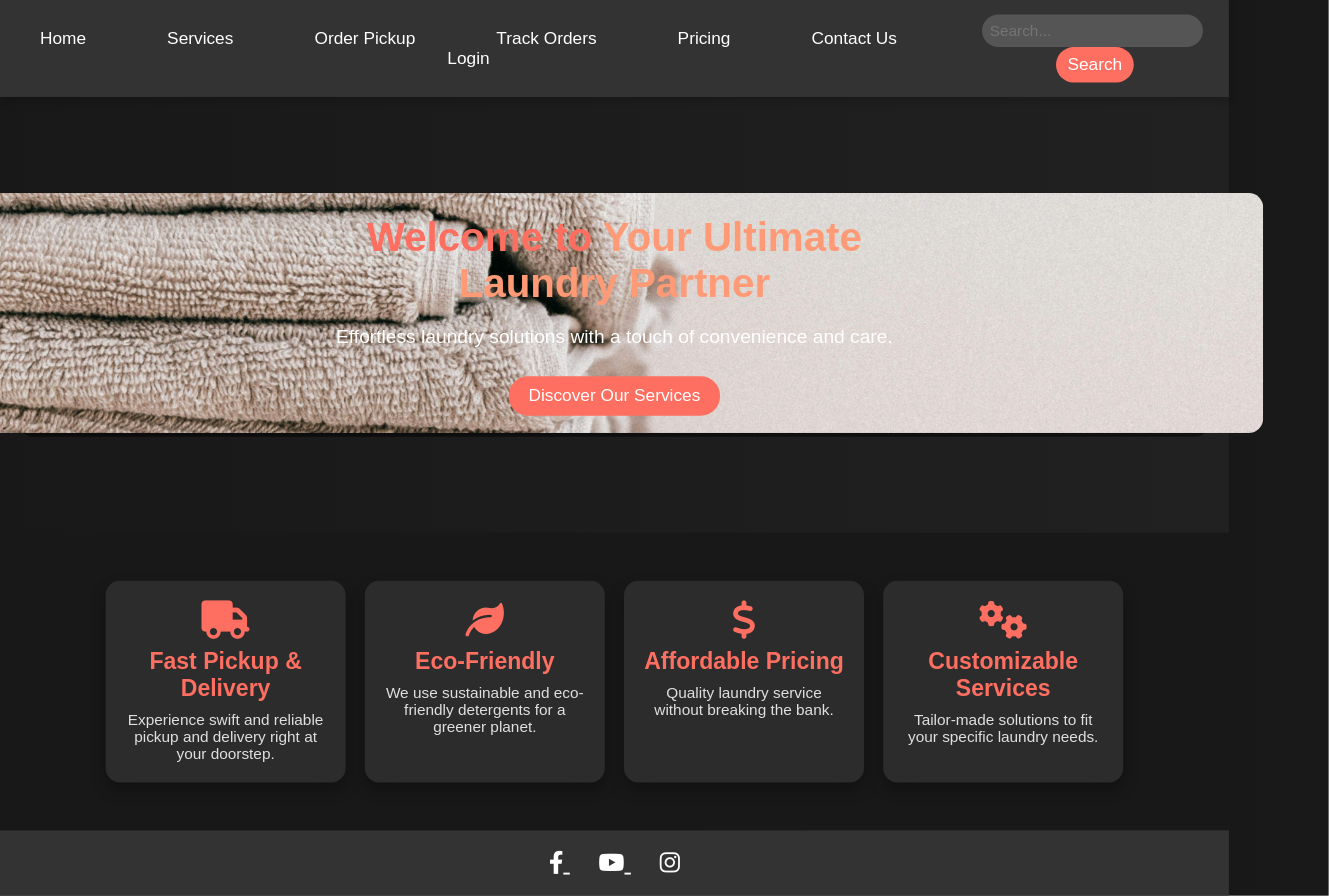
Repository: wmrmweerakoon/Online-Laundry-Management-System
Page: http://localhost/LaundryManagementSystem/home.jsp
The author's editor kept a copy of each file at every save. The page is drawn from the files as they stood at one save, then again after the next save.
The browser window is 1280 px wide. The page is 1384 px wide, so the pictures cover 1384 px, including what lies to the right of the window. The pictures show the whole page, at 96% of full size.
The page is served by Tomcat 9.

Above is the page before, as saved 2024-10-08 04:03:41.

After the next save:
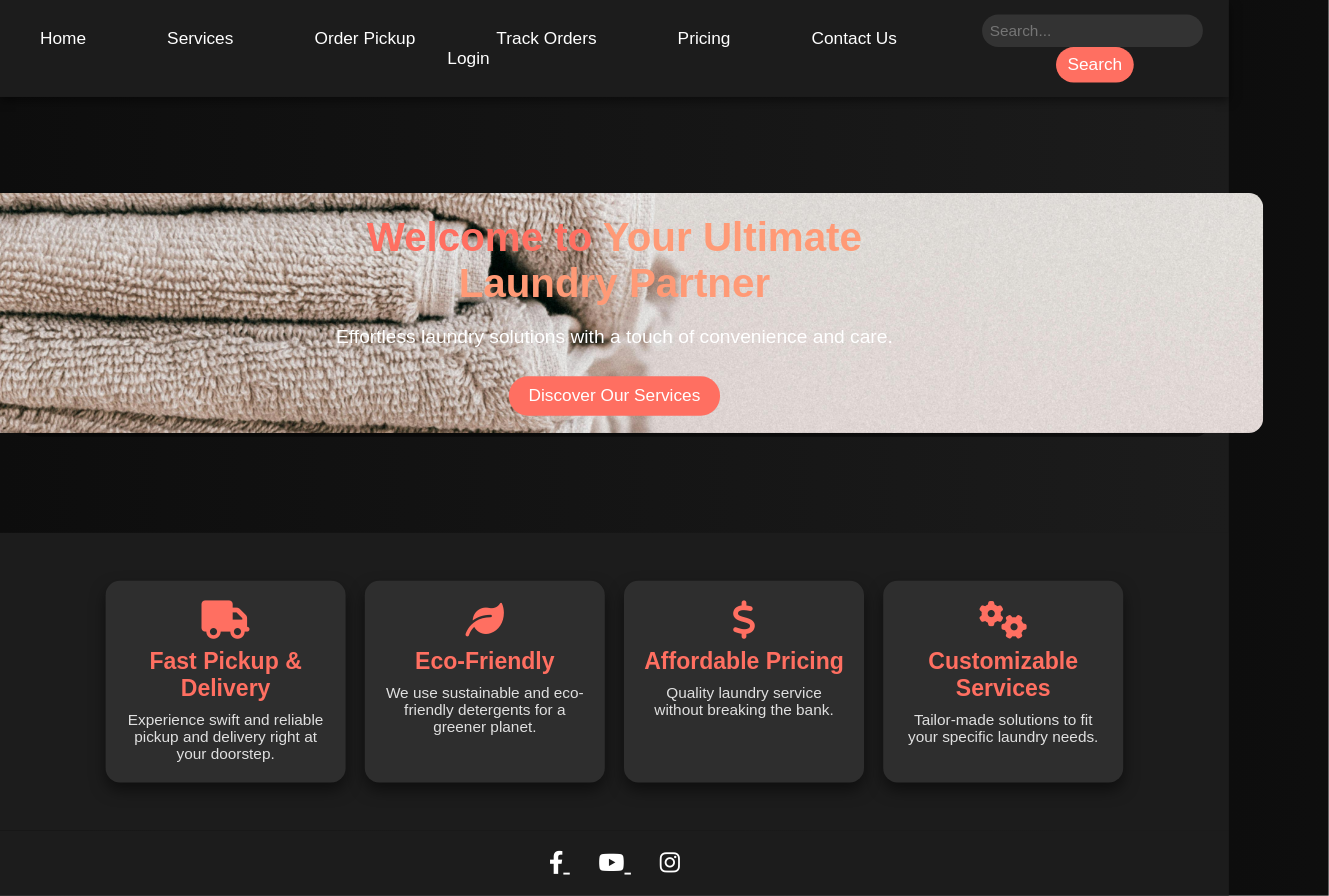
Saved 2 min 45 s later.
--- a/Projects/LaundryManagementSystem/src/main/webapp/CSS/home.css
+++ b/Projects/LaundryManagementSystem/src/main/webapp/CSS/home.css
@@ -5,15 +5,16 @@
     --secondary-color: #ff9a76; /* Light Coral */
     --accent-color: #ffffff; /* White */
     --hover-color: #ff4824; /* Darker Coral */
-    --menu-bg-color: #333; /* Darker gray for menu bar */
-    --menu-hover-bg-color: #444; /* Slightly lighter gray for hover */
+    --menu-bg-color: #1c1c1c; /* Darker gray for menu bar */
+    --menu-hover-bg-color: #2c2c2c; /* Slightly lighter gray for hover */
     --menu-text-color: #ffffff; /* White text for contrast */
-    --search-bar-bg: #555; /* Medium dark background for search bar */
-    --bg-color: #181818; /* Dark background for the homepage */
-    --bg-gradient-start: #181818; /* Dark Gradient Start */
-    --bg-gradient-end: #212121;  /* Darker Gradient End */
-    --text-primary: #e0e0e0; /* Light gray text color for contrast */
+    --search-bar-bg: #333; /* Darker background for search bar */
+    --bg-gradient-start: #0d0d0d; /* Darker Start */
+    --bg-gradient-end: #1c1c1c; /* Darker End */
+    --text-primary: #e0e0e0; /* Light gray for text */
     --button-hover-color: #ff4824; /* Deep Coral */
+    --info-card-bg: #2e2e2e; /* Darker gray for info cards */
+    --info-card-border: #444; /* Light border for info cards */
 }
 
 * {
@@ -32,7 +33,7 @@ body {
 header {
     background-color: var(--menu-bg-color);
     padding: 15px 0;
-    box-shadow: 0 4px 10px rgba(0, 0, 0, 0.2);
+    box-shadow: 0 4px 10px rgba(0, 0, 0, 0.5);
 }
 
 nav {
@@ -54,7 +55,7 @@ nav ul li {
 }
 
 nav ul li a {
-    color: var(--menu-text-color); /* White text on darker background */
+    color: var(--menu-text-color);
     text-decoration: none;
     font-size: 18px;
     padding: 12px 20px;
@@ -64,9 +65,9 @@ nav ul li a {
 }
 
 nav ul li a:hover {
-    background-color: var(--menu-hover-bg-color); /* Slightly lighter gray */
+    background-color: var(--menu-hover-bg-color);
     transform: scale(1.05);
-    box-shadow: 0 4px 10px rgba(0, 0, 0, 0.2);
+    box-shadow: 0 4px 10px rgba(0, 0, 0, 0.5);
 }
 
 nav ul li a::after {
@@ -74,7 +75,7 @@ nav ul li a::after {
     position: absolute;
     width: 0;
     height: 3px;
-    background-color: var(--primary-color); /* Coral underline on hover */
+    background-color: var(--primary-color);
     left: 0;
     bottom: 0;
     transition: width 0.3s ease;
@@ -97,15 +98,15 @@ nav ul li a:hover::after {
     border: none;
     border-radius: 20px;
     width: 230px;
-    background-color: var(--search-bar-bg); /* Medium dark background for search */
-    color: var(--accent-color); /* White text in search bar */
+    background-color: var(--search-bar-bg);
+    color: var(--accent-color);
     outline: none;
     transition: all 0.3s ease;
 }
 
 .search-container input:focus {
     width: 270px;
-    background-color: #666;
+    background-color: #444; /* Darker focus color */
 }
 
 .search-container button {
@@ -120,14 +121,14 @@ nav ul li a:hover::after {
 
 .search-container button:hover {
     background-color: var(--hover-color);
-    box-shadow: 0 4px 6px rgba(0, 0, 0, 0.2);
+    box-shadow: 0 4px 6px rgba(0, 0, 0, 0.3);
 }
 
 /* Home Section */
 .home-section {
     text-align: center;
     padding: 100px 20px;
-    background-color: transparent; /* Let the gradient background show */
+    background-color: transparent;
     position: relative;
 }
 
@@ -198,7 +199,7 @@ button:hover {
 .info-section {
     text-align: center;
     padding: 50px 20px;
-    background-color: var(--bg-color); /* Dark background to complement the page */
+    background-color: #1c1c1c; /* Dark background for info section */
     color: var(--text-primary);
 }
 
@@ -210,12 +211,12 @@ button:hover {
 }
 
 .info-card {
-    background-color: #2c2c2c; /* Dark gray for info cards */
+    background-color: var(--info-card-bg); /* Darker gray for info cards */
     border-radius: 15px;
     padding: 20px;
     width: 250px;
     text-align: center;
-    box-shadow: 0 8px 15px rgba(0, 0, 0, 0.3);
+    box-shadow: 0 8px 15px rgba(0, 0, 0, 0.5);
     transition: transform 0.3s ease, box-shadow 0.3s ease;
 }
 
@@ -238,14 +239,14 @@ button:hover {
 
 .info-card:hover {
     transform: scale(1.05);
-    box-shadow: 0 12px 20px rgba(0, 0, 0, 0.4);
+    box-shadow: 0 12px 20px rgba(0, 0, 0, 0.7);
 }
 
 /* Social Media Links Styling */
 .social-media {
     text-align: center;
     padding: 20px 0;
-    background-color: var(--menu-bg-color); /* Match the menu bar color */
+    background-color: var(--menu-bg-color);
 }
 
 .social-media a {
